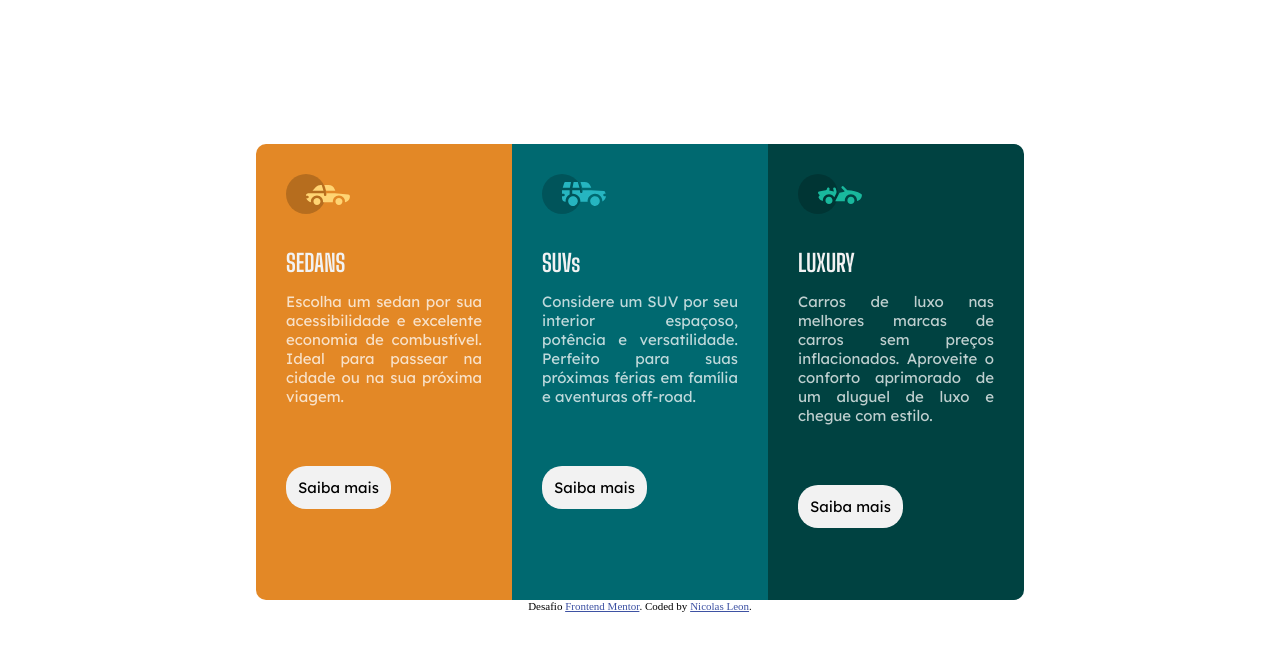
Repository: Leonngc/Car-cards
Page: index.html
An editor plug-in stored every save of this project. The page is shown before and after the next save, followed by the edit.
The browser window is 1280 px wide. The pictures show the whole page.

Above is the page before, as saved 2023-01-17 19:14:53.

After the next save:
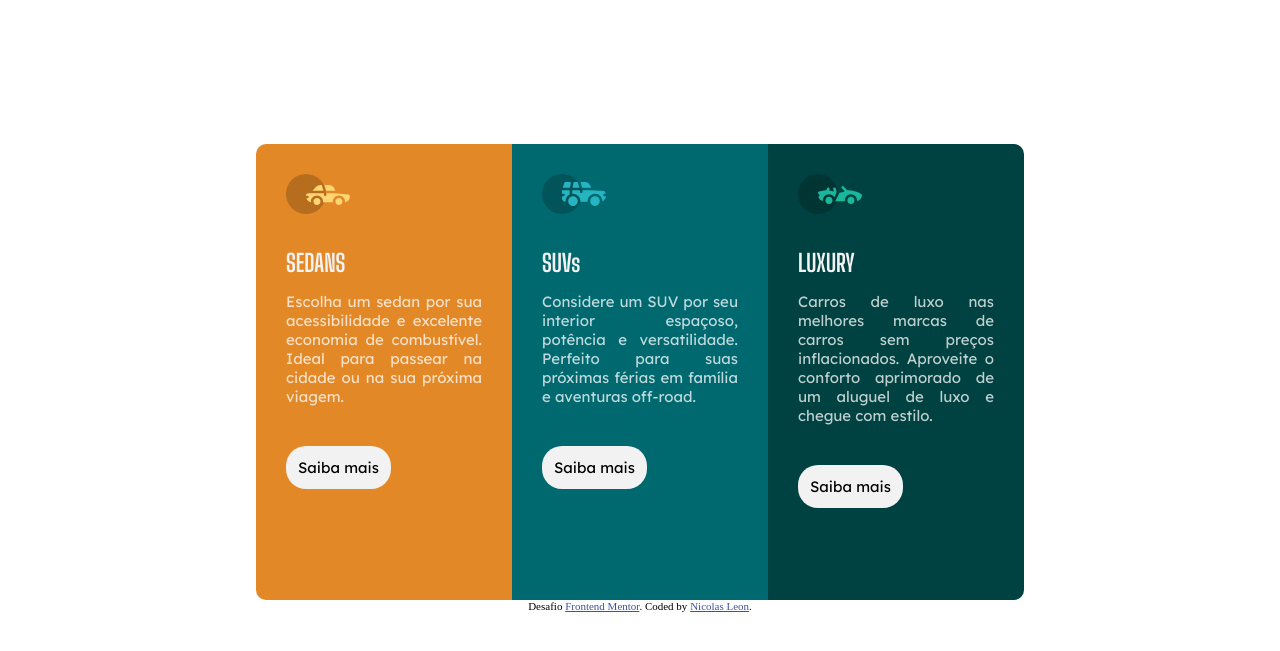
Saved 74 s later.
--- a/styles/style.css
+++ b/styles/style.css
@@ -31,7 +31,7 @@
 }
 .card > p{
     font-family: var(--font-body);
-    margin-bottom: 60px;
+    margin-bottom: 40px;
     text-align: justify;
     font-size: 15px;
     color: hsla(0, 0%, 100%, 0.75);

After the save that followed:
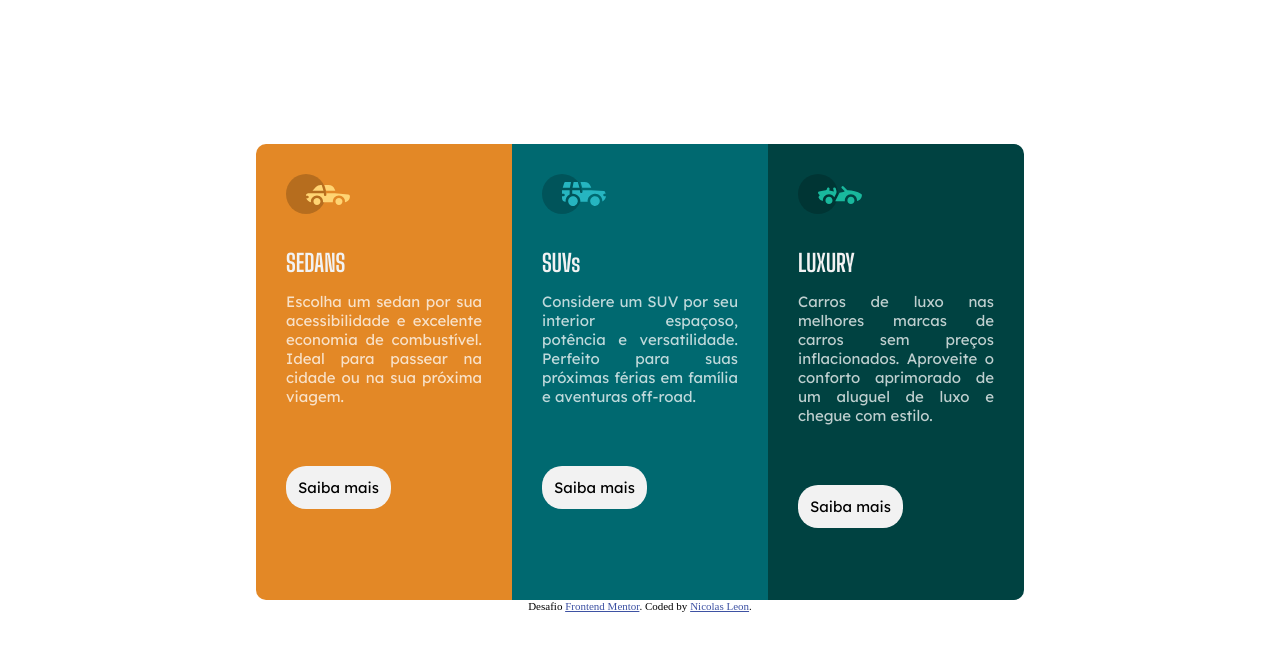
Saved 6 s later.
--- a/styles/style.css
+++ b/styles/style.css
@@ -31,7 +31,7 @@
 }
 .card > p{
     font-family: var(--font-body);
-    margin-bottom: 40px;
+    margin-bottom: 60px;
     text-align: justify;
     font-size: 15px;
     color: hsla(0, 0%, 100%, 0.75);
